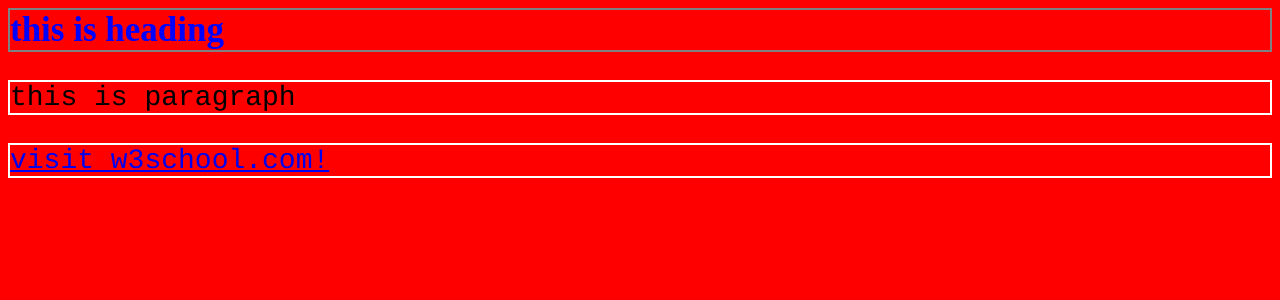
Repository: pratixa-chauhan/practice
Page: style/file2.html
These files come from the project's save history. The page is drawn as it stood at one moment and after the next save; the edit follows.
The browser window is 1280 px wide. The pictures show the whole page.

Above is the page before, as saved 2021-12-16 13:53:28.

### style/file2.html
<html>
    <head>
        <style>
            body {background-color: red;}
            h1 {
                color: blue;
                font-family: roman;
                font-size: 35;
                border: 2px solid gray;
            }
            p {
                color: black;
                font-family: courier;
                font-size: 28;
                border: 2px solid white;
            }
            <link rel="stylesheet" href="/html/styles.css">

        </style>
        <body>
            <h1>this is heading</h1>
            <p>this is paragraph </p>
            <p> <a href="https://www.w3schools.com">visit w3school.com!</a> </p>
        </body>
    </head>
</html>

After the next save:
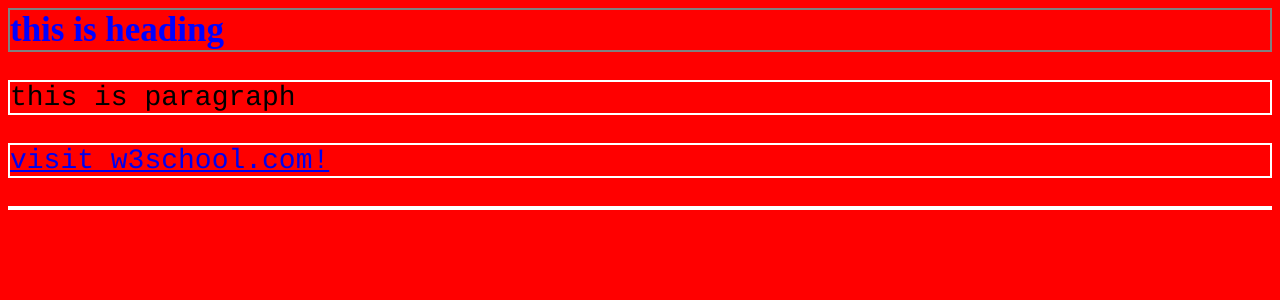
Saved 9 min 28 s later.
--- a/style/file2.html
+++ b/style/file2.html
@@ -21,6 +21,7 @@
             <h1>this is heading</h1>
             <p>this is paragraph </p>
             <p> <a href="https://www.w3schools.com">visit w3school.com!</a> </p>
+            <p> <a href="sendto://pratixachauhan27@gmail.com!</a> </p>
         </body>
     </head>
 </html>
